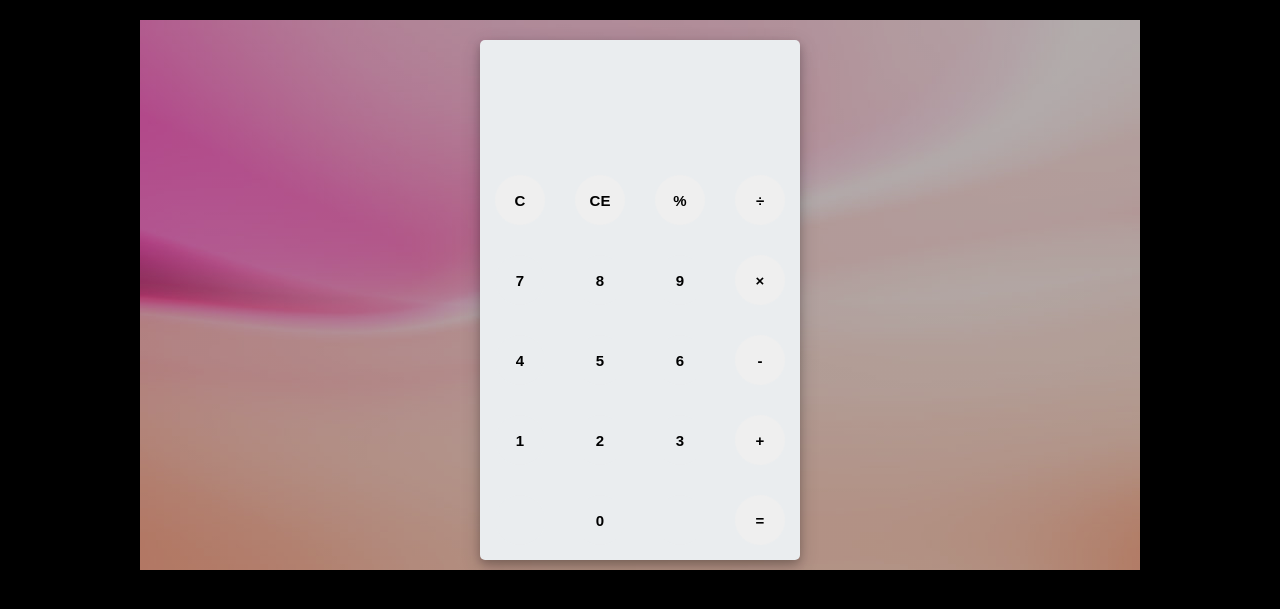
Repository: annabdev/basiccalculator
Page: index.html
An editor plug-in stored every save of this project. The page is shown before and after the next save, followed by the edit.
The browser window is 1280 px wide. The pictures show the whole page.

Above is the page before, as saved 2020-09-11 21:25:13.

After the next save:
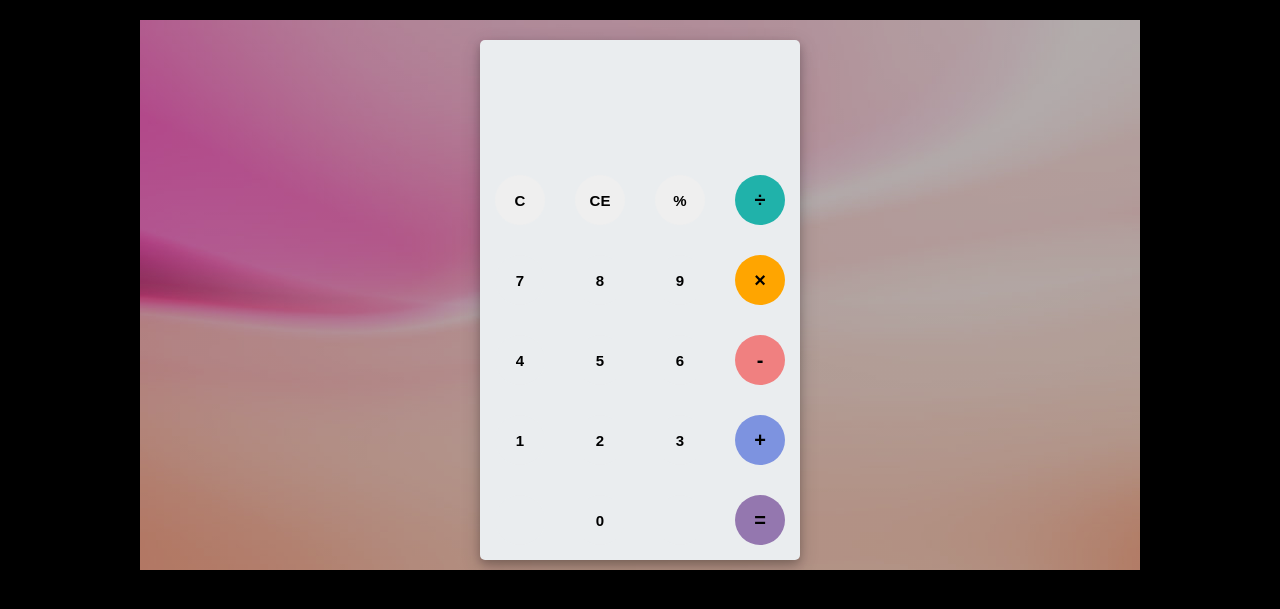
Saved 14 s later.
--- a/style.css
+++ b/style.css
@@ -60,4 +60,23 @@ body{
 .operator:focus, .number:focus, .empty:focus{
     outline: 0;
 }
-button:nth-child(4)
+button:nth-child(4){
+	font-size: 20px;
+	background-color: #20b2aa;
+}
+button:nth-child(8){
+	font-size: 20px;
+	background-color: #ffa500;
+}
+button:nth-child(12){
+	font-size: 20px;
+	background-color: #f08080;
+}
+button:nth-child(16){
+	font-size: 20px;
+	background-color: #7d93e0;
+}
+button:nth-child(20){
+	font-size: 20px;
+	background-color: #9477af;
+}
